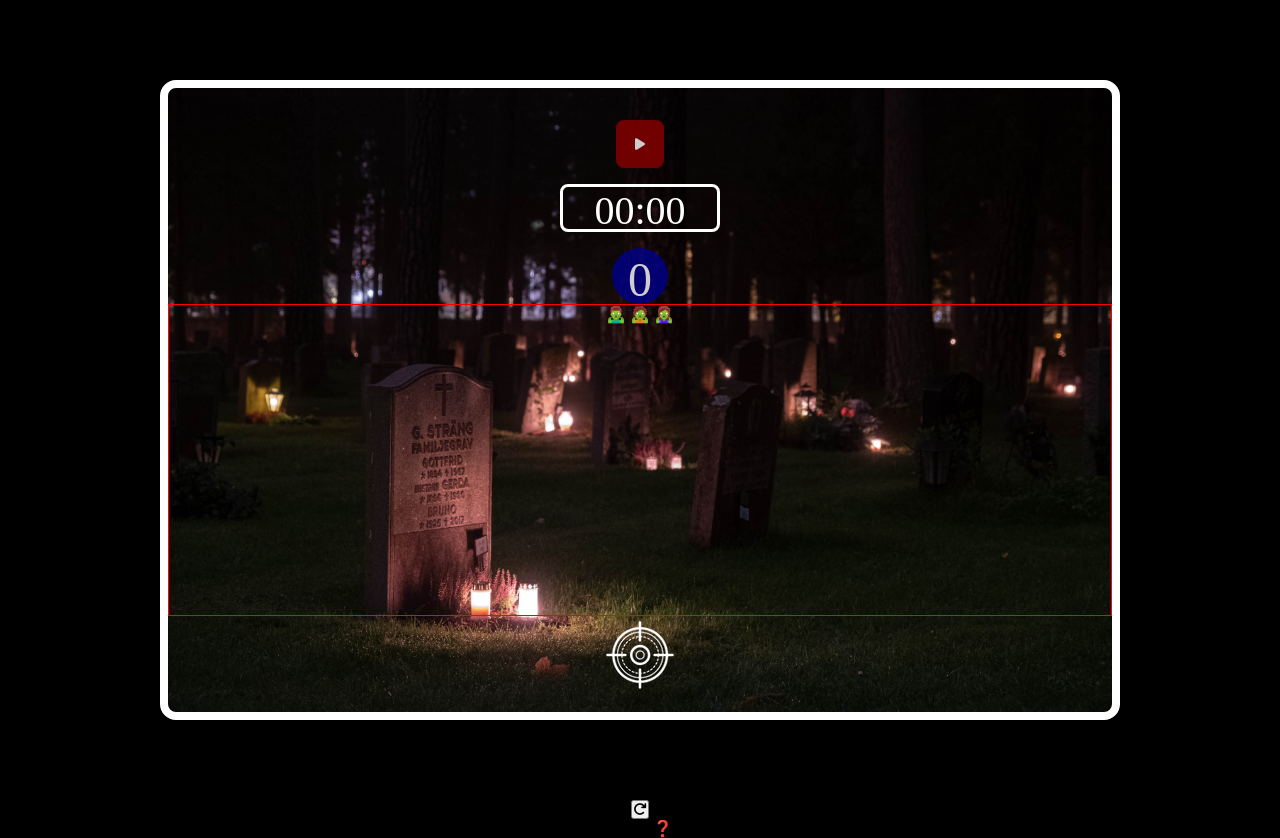
Repository: MrJinkyu/ZombieGame
Page: index.html
These files come from the project's save history. The page is drawn as it stood at one moment and after the next save; the edit follows.
The browser window is 1280 px wide. The pictures show the whole page.
Some web libraries are served in a nearby version.

Above is the page before, as saved 2023-04-08 22:13:33.

After the next save:
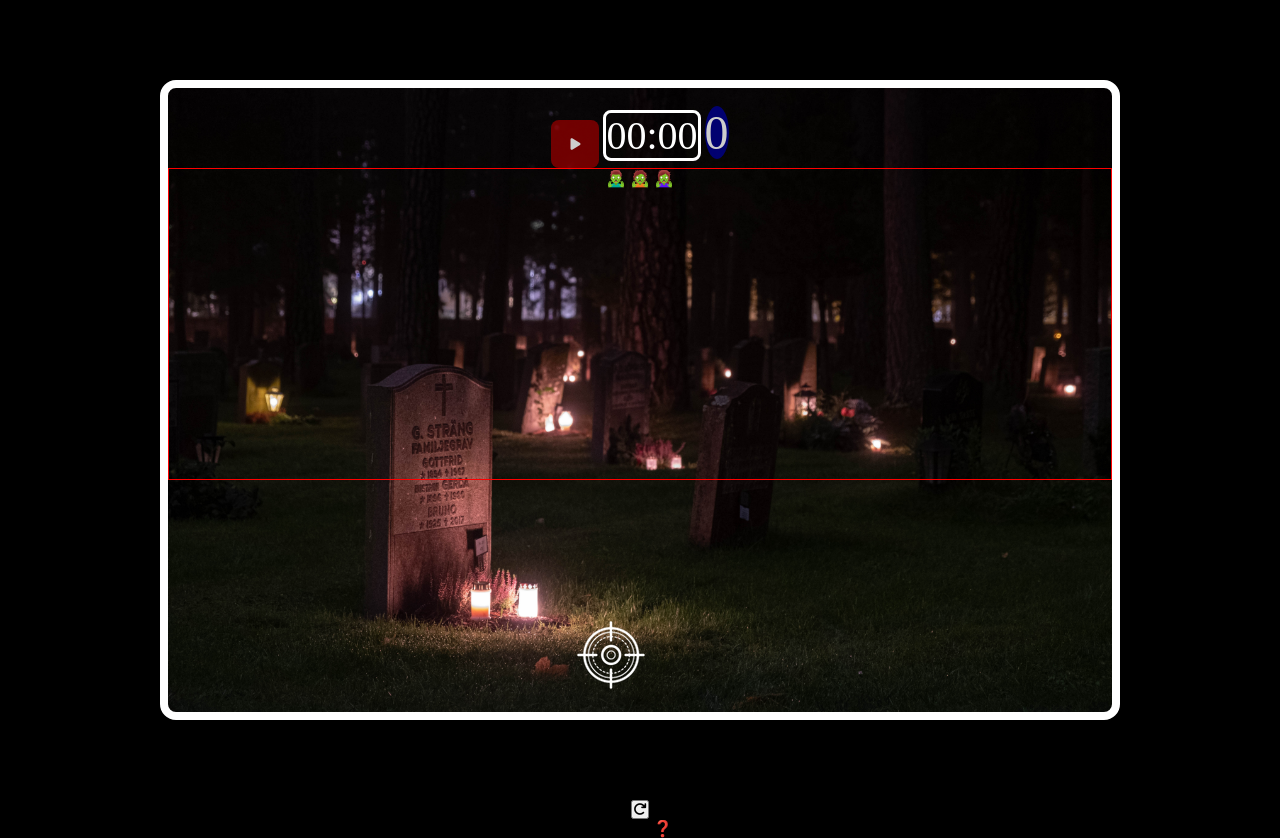
Saved 104 s later.
--- a/index.html
+++ b/index.html
@@ -11,12 +11,14 @@
 </head>
 <body>
     <section class="game">
-        <img src="img/target.png" alt="target" class="game__target">
-        <button class="game__btn">
-            <i class="fa-sharp fas fa-play"></i>
-        </button>
-        <span class="game__timer">00:00</span>
-        <span class="game__score">0</span>
+        <haeder class="game__header">
+            <img src="img/target.png" alt="target" class="game__target">
+            <button class="game__btn">
+                <i class="fa-sharp fas fa-play"></i>
+            </button>
+            <span class="game__timer">00:00</span>
+            <span class="game__score">0</span>
+        </haeder>
         <section class="game__field">
             <span id="zombie1" class="zombie">🧟‍♂️</span>
             <span id="zombie2" class="zombie">🧟</span>

After the save that followed:
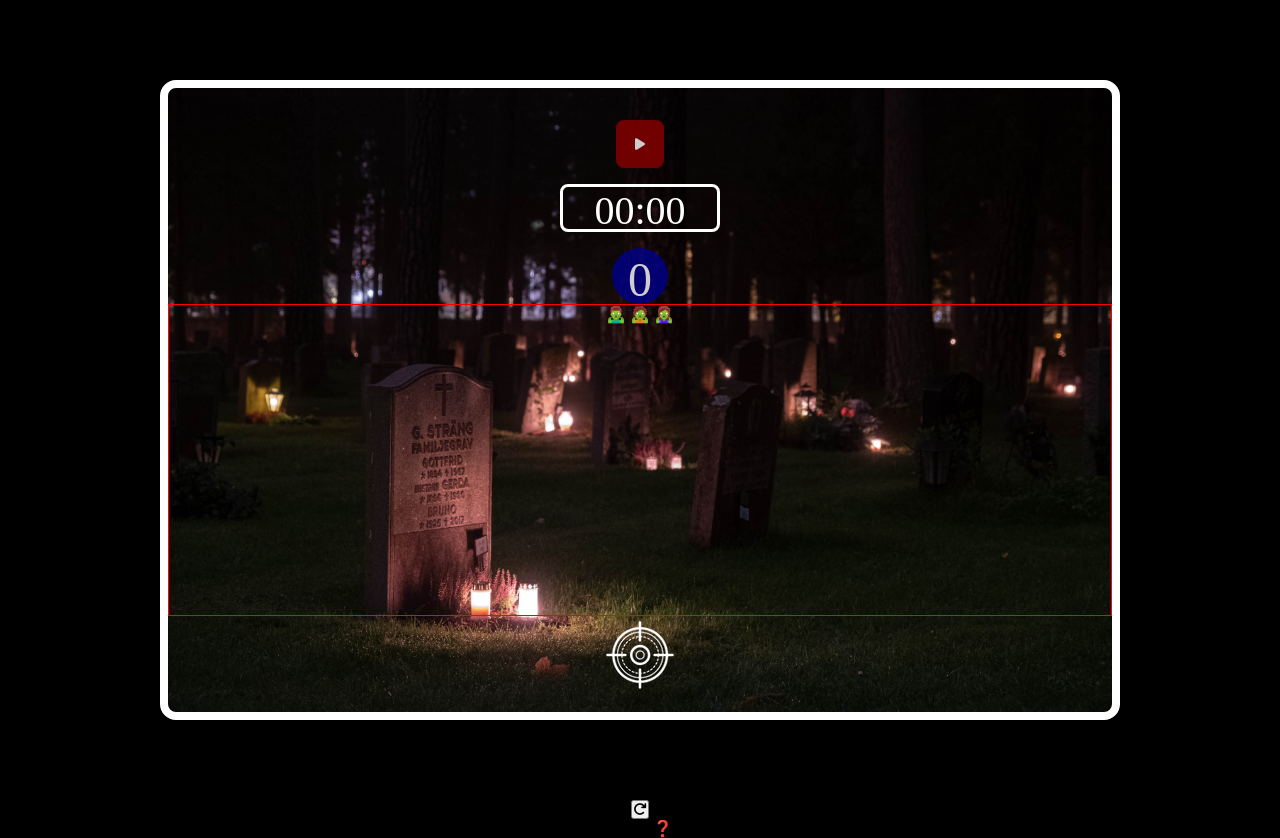
Saved 20 s later.
--- a/style.css
+++ b/style.css
@@ -16,6 +16,10 @@ body{
     height: 40rem;
     border: 0.5rem solid white;
     border-radius: 1rem;
+
+}
+
+.game__header{
     display: flex;
     flex-direction: column;
     align-items: center;
